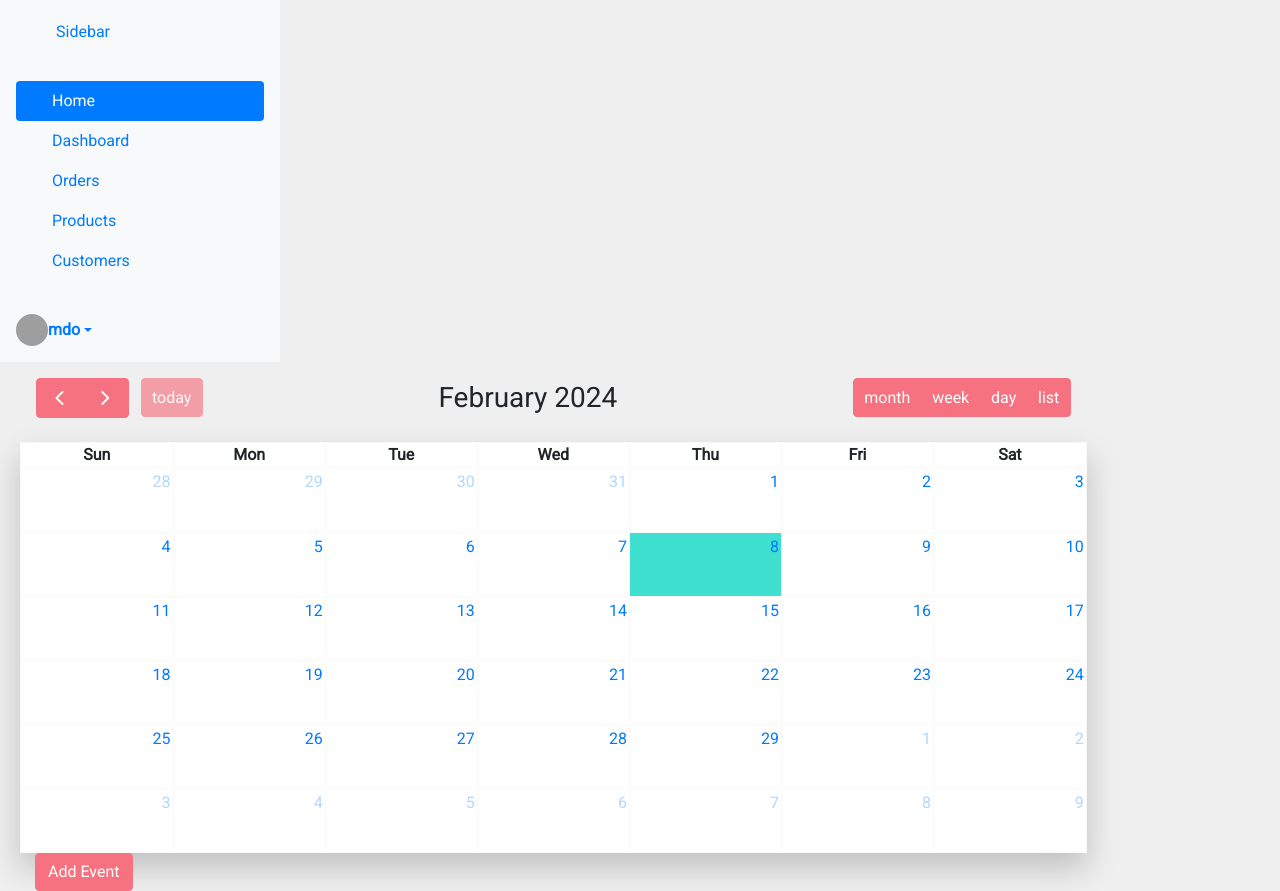
Repository: marios-petrov/NuPath
Page: softwareengineering1/calendarapp/templates/dataTest.html
The author's editor kept a copy of each file at every save. The page is drawn from the files as they stood at one save, then again after the next save.
The browser window is 1280 px wide. The pictures show the whole page.
Pictures or frames that could not be fetched are drawn as grey boxes. The template is drawn by Django 5.2. The application's start-up code is not run. Other server files are loaded and not shown. The template is opened directly, without the code that normally fills it, so the values that code supplies are empty.

Above is the page before, as saved 2024-02-21 19:42:42.

### softwareengineering1/calendarapp/templates/dataTest.html
<!--initial calendar js, css, and bootstrap from https://colorlib.com/wp/template/calendar-20/-->
<!--https://colorlib.com/wp/bootstrap-calendars/ last visited: 2/19/2024-->

{% extends "base.html" %}

{% block content %}
{%load static %}

<div id='calendar-container' class='col-10 px-0'>
    <div id='calendar'></div>
    <div class="col-2">
        <button class="btn fc-button-primary fc-button-active">Add Event</button>
    </div>
</div>

<script src="{% static 'js/jquery-3.3.1.min.js' %}"></script>
<script src="{% static 'js/popper.min.js' %}"></script>
<script src="{% static 'js/bootstrap.min.js' %}"></script>

<!-- Include your static JavaScript files -->
<script src="{% static 'fullcalendar/packages/core/main.js' %}"></script>
<script src="{% static 'fullcalendar/packages/interaction/main.js' %}"></script>
<script src="{% static 'fullcalendar/packages/daygrid/main.js' %}"></script>
<script src="{% static 'fullcalendar/packages/timegrid/main.js' %}"></script>
<script src="{% static 'fullcalendar/packages/list/main.js' %}"></script>

<script>
    document.addEventListener('DOMContentLoaded', function () {
        var calendarEl = document.getElementById('calendar');

        var calendar = new FullCalendar.Calendar(calendarEl, {
            plugins: ['interaction', 'dayGrid', 'timeGrid', 'list'],
            height: 'parent',
            header: {
                left: 'prev,next today',
                center: 'title',
                right: 'dayGridMonth,timeGridWeek,timeGridDay,listWeek'
            },
            defaultView: 'dayGridMonth',
            defaultDate: '2024-02-01',
            navLinks: true, // can click day/week names to navigate views
            editable: true,
            eventLimit: true, // allow "more" link when too many events
            events: [
            {% for e in events %}
                {
                    title: '{{e.title}}',
                    start: '{{e.startTime|date:"c"}}',
                    end: '{{e.endTime|date:"c"}}',
                },
            {% endfor %}
            ]
        });

        calendar.render();
    });
</script>

{% endblock %}

### softwareengineering1/softwareengineering1/templates/base.html
<!doctype html>
<html lang="en">

  <head>
    <!-- Required meta tags -->
    <meta charset="utf-8">
    <meta name="viewport" content="width=device-width, initial-scale=1">
    <link href="https://fonts.googleapis.com/css?family=Roboto:300,400&display=swap" rel="stylesheet">
    <link href="https://fonts.googleapis.com/css?family=Poppins:300,400,500&display=swap" rel="stylesheet">

    <!-- Include your static CSS files -->
    {% load static %}
    <link rel="stylesheet" href="{% static 'fonts/icomoon/style.css' %}">
    <link href="{% static 'fullcalendar/packages/core/main.css' %}" rel="stylesheet">
    <link href="{% static 'fullcalendar/packages/daygrid/main.css' %}" rel="stylesheet">

    <!-- Bootstrap CSS -->
    <link rel="stylesheet" href="{% static 'css/bootstrap.min.css' %}">

    <!-- Style -->
    <link rel="stylesheet" href="{% static 'css/style.css' %}">

    <title>Novo Ninja</title>
  </head>
<body>
  <div class='container min-vw-100 justify-content'>
    <div class='row'>
  {% include 'navbar.html' %}

  {% block content %}

  {% endblock %}
</div>
</div>
</body>
</html>

### softwareengineering1/navbar/templates/navbar.html
<div class="d-flex flex-column flex-shrink-0 p-3 bg-light" style="width: 280px;">
    <a href="/" class="d-flex align-items-center mb-3 mb-md-0 me-md-auto link-dark text-decoration-none">
      <svg class="bi me-2" width="40" height="32"><use xlink:href="#bootstrap"></use></svg>
      <span class="fs-4">Sidebar</span>
    </a>
    <hr>
    <ul class="nav nav-pills flex-column mb-auto">
      <li class="nav-item">
        <a href="#" class="nav-link active" aria-current="page">
          <svg class="bi me-2" width="16" height="16"><use xlink:href="#home"></use></svg>
          Home
        </a>
      </li>
      <li>
        <a href="#" class="nav-link link-dark">
          <svg class="bi me-2" width="16" height="16"><use xlink:href="#speedometer2"></use></svg>
          Dashboard
        </a>
      </li>
      <li>
        <a href="#" class="nav-link link-dark">
          <svg class="bi me-2" width="16" height="16"><use xlink:href="#table"></use></svg>
          Orders
        </a>
      </li>
      <li>
        <a href="#" class="nav-link link-dark">
          <svg class="bi me-2" width="16" height="16"><use xlink:href="#grid"></use></svg>
          Products
        </a>
      </li>
      <li>
        <a href="#" class="nav-link link-dark">
          <svg class="bi me-2" width="16" height="16"><use xlink:href="#people-circle"></use></svg>
          Customers
        </a>
      </li>
    </ul>
    <hr>
    <div class="dropdown">
      <a href="#" class="d-flex align-items-center link-dark text-decoration-none dropdown-toggle" id="dropdownUser2" data-bs-toggle="dropdown" aria-expanded="false">
        <img src="https://github.com/mdo.png" alt="" width="32" height="32" class="rounded-circle me-2">
        <strong>mdo</strong>
      </a>
      <ul class="dropdown-menu text-small shadow" aria-labelledby="dropdownUser2">
        <li><a class="dropdown-item" href="#">New project...</a></li>
        <li><a class="dropdown-item" href="#">Settings</a></li>
        <li><a class="dropdown-item" href="#">Profile</a></li>
        <li><hr class="dropdown-divider"></li>
        <li><a class="dropdown-item" href="#">Sign out</a></li>
      </ul>
    </div>
  </div>

### softwareengineering1/softwareengineering1/static/fullcalendar/packages/daygrid/main.css
/* DayGridView
--------------------------------------------------------------------------------------------------*/
/* day row structure */
.fc-dayGridWeek-view .fc-content-skeleton,
.fc-dayGridDay-view .fc-content-skeleton {
  /* there may be week numbers in these views, so no padding-top */
  padding-bottom: 1em;
  /* ensure a space at bottom of cell for user selecting/clicking */
}

.fc-dayGrid-view .fc-body .fc-row {
  min-height: 4em;
  /* ensure that all rows are at least this tall */
}

/* a "rigid" row will take up a constant amount of height because content-skeleton is absolute */
.fc-row.fc-rigid {
  overflow: hidden;
}

.fc-row.fc-rigid .fc-content-skeleton {
  position: absolute;
  top: 0;
  left: 0;
  right: 0;
}

/* week and day number styling */
.fc-day-top.fc-other-month {
  opacity: 0.3;
}

.fc-dayGrid-view .fc-week-number,
.fc-dayGrid-view .fc-day-number {
  padding: 2px;
}

.fc-dayGrid-view th.fc-week-number,
.fc-dayGrid-view th.fc-day-number {
  padding: 0 2px;
  /* column headers can't have as much v space */
}

.fc-ltr .fc-dayGrid-view .fc-day-top .fc-day-number {
  float: right;
}

.fc-rtl .fc-dayGrid-view .fc-day-top .fc-day-number {
  float: left;
}

.fc-ltr .fc-dayGrid-view .fc-day-top .fc-week-number {
  float: left;
  border-radius: 0 0 3px 0;
}

.fc-rtl .fc-dayGrid-view .fc-day-top .fc-week-number {
  float: right;
  border-radius: 0 0 0 3px;
}

.fc-dayGrid-view .fc-day-top .fc-week-number {
  min-width: 1.5em;
  text-align: center;
  background-color: #f2f2f2;
  color: #808080;
}

/* when week/day number have own column */
.fc-dayGrid-view td.fc-week-number {
  text-align: center;
}

.fc-dayGrid-view td.fc-week-number > * {
  /* work around the way we do column resizing and ensure a minimum width */
  display: inline-block;
  min-width: 1.25em;
}

### softwareengineering1/softwareengineering1/static/css/style.css
body {
  font-family: "Roboto", -apple-system, BlinkMacSystemFont, "Segoe UI", Roboto, "Helvetica Neue", Arial, "Noto Sans", sans-serif, "Apple Color Emoji", "Segoe UI Emoji", "Segoe UI Symbol", "Noto Color Emoji";
  background-color: #efefef; }

p {
  color: #b3b3b3;
  font-weight: 300; }

h1, h2, h3, h4, h5, h6,
.h1, .h2, .h3, .h4, .h5, .h6 {
  font-family: "Roboto", -apple-system, BlinkMacSystemFont, "Segoe UI", Roboto, "Helvetica Neue", Arial, "Noto Sans", sans-serif, "Apple Color Emoji", "Segoe UI Emoji", "Segoe UI Symbol", "Noto Color Emoji"; }

a {
  -webkit-transition: .3s all ease;
  -o-transition: .3s all ease;
  transition: .3s all ease; }
  a, a:hover {
    text-decoration: none !important; }

.content {
  padding: 7rem 0; }

h2 {
  font-size: 20px; }

.form-control:active, .form-control:focus {
  outline: none;
  -webkit-box-shadow: none;
  box-shadow: none; }

#calendar {
  margin: 0 auto; }
  #calendar .fc-view-container {
    background-color: #fff;
    -webkit-box-shadow: 0 15px 30px 0 rgba(0, 0, 0, 0.2);
    box-shadow: 0 15px 30px 0 rgba(0, 0, 0, 0.2); }
  #calendar .fc-toolbar.fc-header-toolbar .fc-center {
    display: block; }

#calendar-container {
  top: 0;
  left: 20px;
  right: 20px;
  bottom: 20px; }

.fc-header-toolbar {
  /*
    the calendar will be butting up against the edges,
    but let's scoot in the header's buttons
    */
  padding-top: 1em;
  padding-left: 1em;
  padding-right: 1em; }

@media (max-width: 767.98px) {
  .fc-toolbar {
    display: block !important;
    text-align: center; }
    .fc-toolbar .fc-center {
      display: block;
      margin-top: 20px;
      margin-bottom: 20px; } }

Loaded but not shown: softwareengineering1/softwareengineering1/static/fonts/icomoon/style.css (common file); softwareengineering1/softwareengineering1/static/css/bootstrap.min.css (library); softwareengineering1/softwareengineering1/static/js/jquery-3.3.1.min.js (library); softwareengineering1/softwareengineering1/static/js/popper.min.js (library); softwareengineering1/softwareengineering1/static/js/bootstrap.min.js (library); softwareengineering1/softwareengineering1/static/fullcalendar/packages/core/main.js (library); softwareengineering1/softwareengineering1/static/fullcalendar/packages/interaction/main.js (2143 lines, source omitted); softwareengineering1/softwareengineering1/static/fullcalendar/packages/daygrid/main.js (1641 lines, source omitted); softwareengineering1/softwareengineering1/static/fullcalendar/packages/timegrid/main.js (1357 lines, source omitted); softwareengineering1/softwareengineering1/static/fullcalendar/packages/list/main.js (343 lines, source omitted); softwareengineering1/softwareengineering1/static/fullcalendar/packages/core/main.css (1058 lines, source omitted)

After the next save:
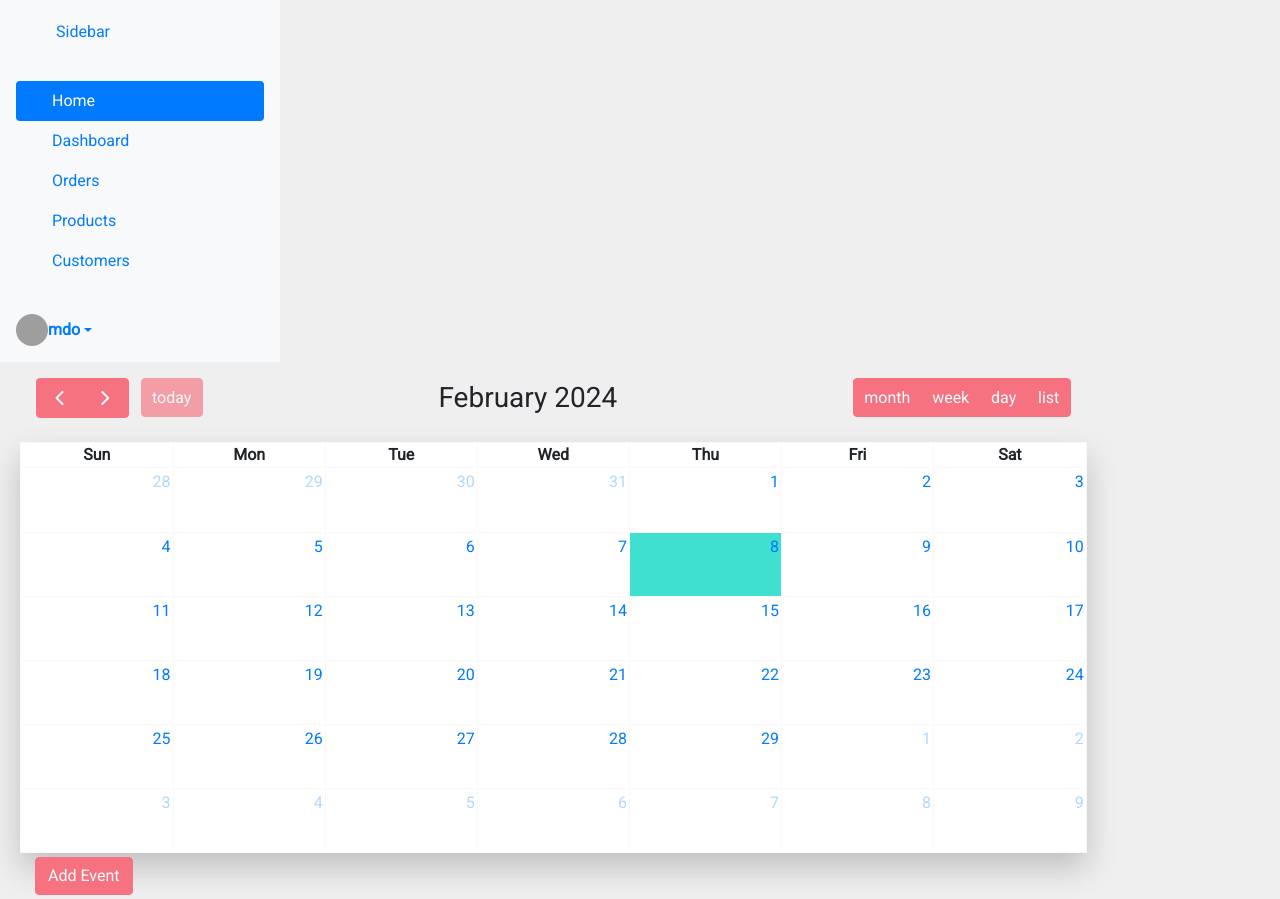
Saved 12 s later.
--- a/softwareengineering1/calendarapp/templates/dataTest.html
+++ b/softwareengineering1/calendarapp/templates/dataTest.html
@@ -8,7 +8,7 @@
 
 <div id='calendar-container' class='col-10 px-0'>
     <div id='calendar'></div>
-    <div class="col-2">
+    <div class="col-2 py-1">
         <button class="btn fc-button-primary fc-button-active">Add Event</button>
     </div>
 </div>
